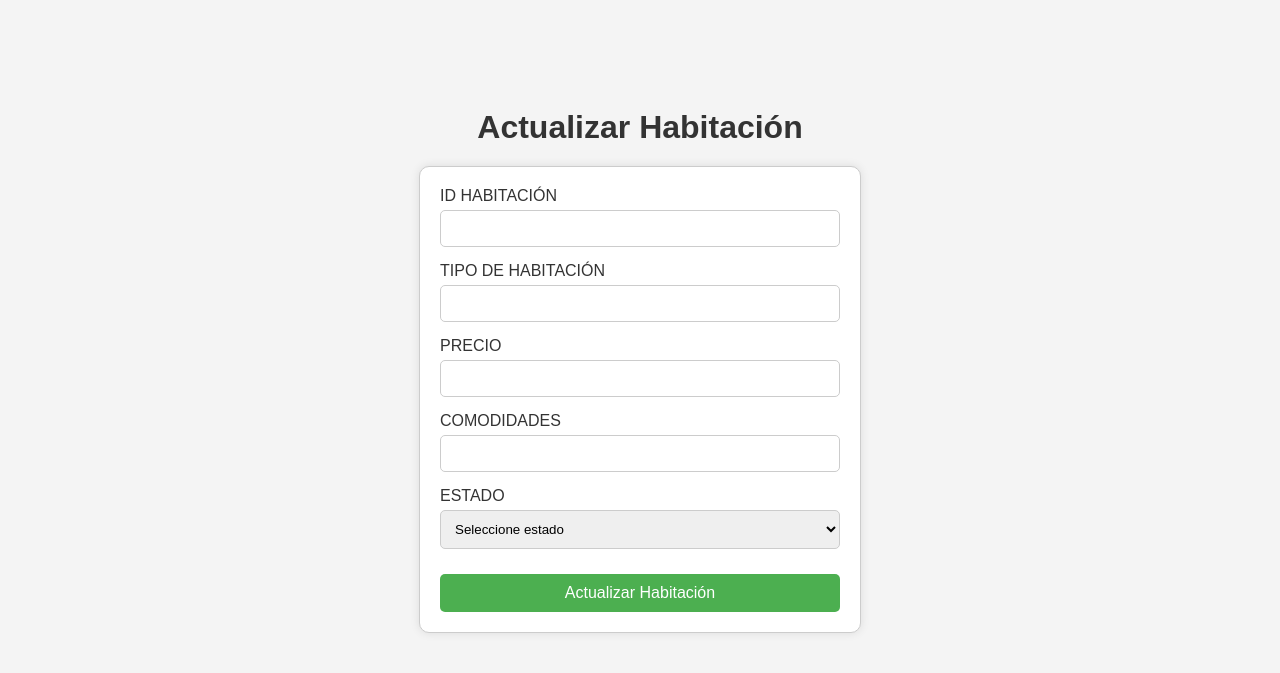
Repository: kevinqg0/Proyecto-Final-Gestion-Hotelera
Page: http://localhost/ProyectoGestionHotelera/ActualizarHabitacion.jsp
The author's editor kept a copy of each file at every save. The page is drawn from the files as they stood at one save, then again after the next save.
The browser window is 1280 px wide. The pictures show the whole page.
The page is served by Tomcat 9.

Above is the page before, as saved 2024-10-23 18:50:15.

After the next save:
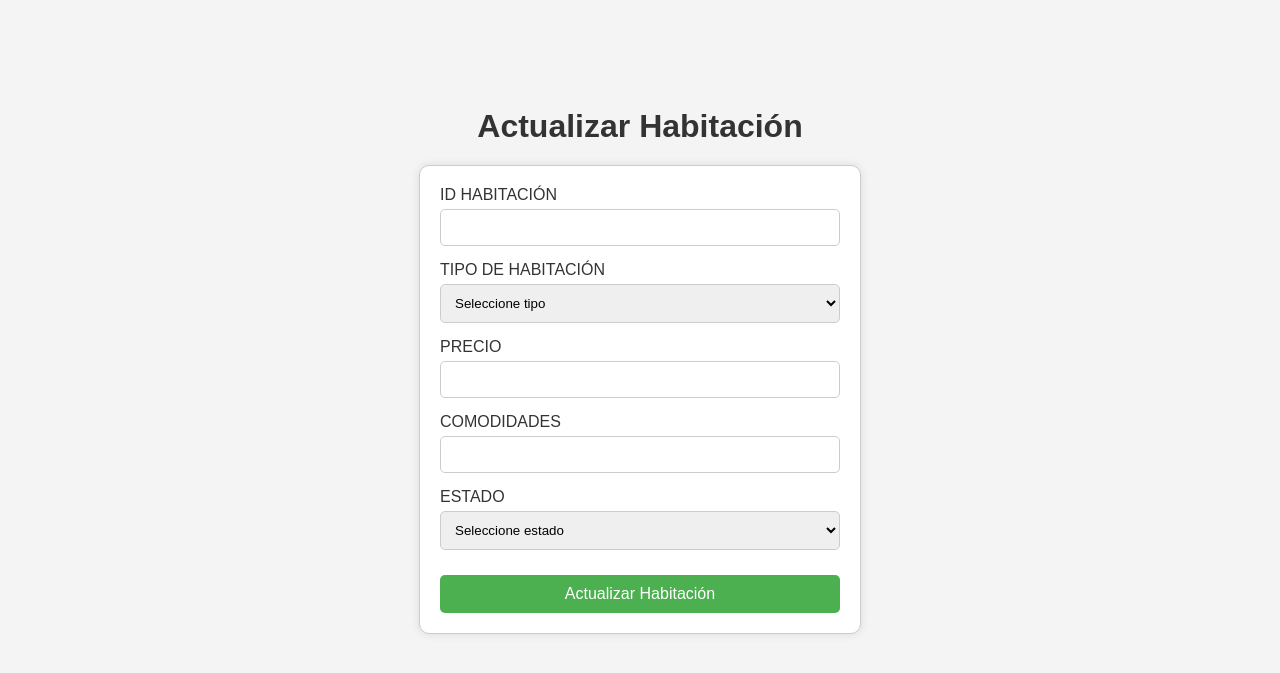
Saved 6 min 2 s later.
--- a/ProyectoGestionHotelera/src/main/webapp/ActualizarHabitacion.jsp
+++ b/ProyectoGestionHotelera/src/main/webapp/ActualizarHabitacion.jsp
@@ -81,10 +81,16 @@
         String estadoHabitacion = (request.getAttribute("estadoHabitacion") != null) ? request.getAttribute("estadoHabitacion").toString() : "";
         %>
         <label for="id">ID HABITACIÓN</label>
-        <input type="text" id="id" name="id" value="<%=id%>" readonly>
+        <input type="text" id="id" name="id" value="<%=id%>" required>
 
         <label for="tipoHabitacion">TIPO DE HABITACIÓN</label>
-        <input type="text" id="tipoHabitacion" name="tipoHabitacion" value="<%=tipoHabitacion%>" required>
+        <select id="tipoHabitacion" name="tipoHabitacion" required>
+            <option value="" disabled selected>Seleccione tipo</option>
+            <option value="Individual" <%= tipoHabitacion.equals("Individual") ? "selected" : "" %>>Individual</option>
+            <option value="Doble" <%= tipoHabitacion.equals("Doble") ? "selected" : "" %>>Doble</option>
+            <option value="Suite" <%= tipoHabitacion.equals("Suite") ? "selected" : "" %>>Suite</option>
+            <option value="Familiar" <%= tipoHabitacion.equals("Familiar") ? "selected" : "" %>>Familiar</option>
+        </select>
 
         <label for="precio">PRECIO</label>
         <input type="text" id="precio" name="precio" value="<%=precio%>" required>
